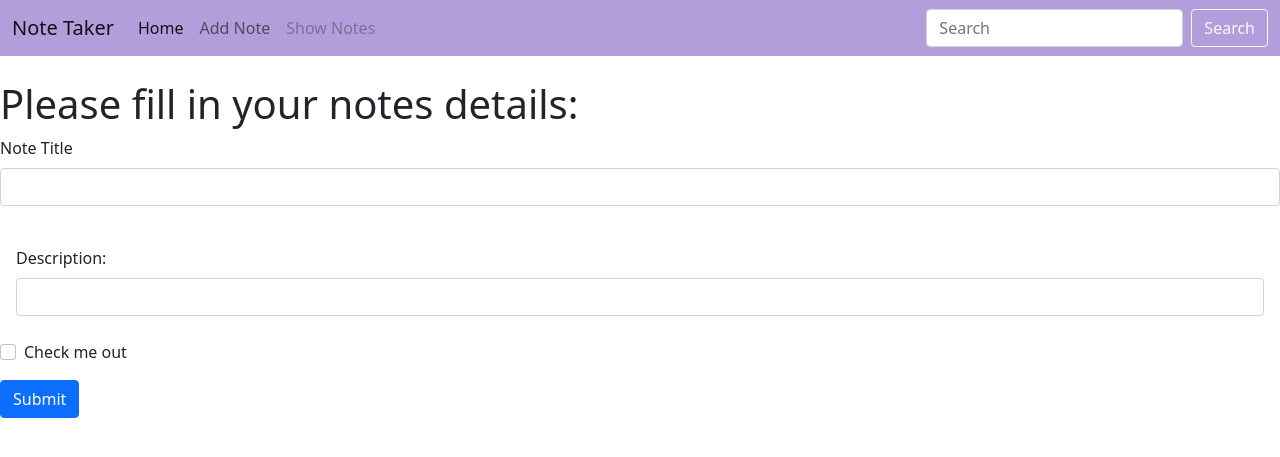
Repository: Tanmoy4672/Hibernate
Page: http://localhost/NoteTaker/add_notes.jsp
These files come from the project's save history. The page is drawn as it stood at one moment and after the next save; the edit follows.
The browser window is 1280 px wide. The pictures show the whole page.
The page is served by Tomcat 9.

Above is the page before, as saved 2021-12-16 06:14:19.

After the next save:
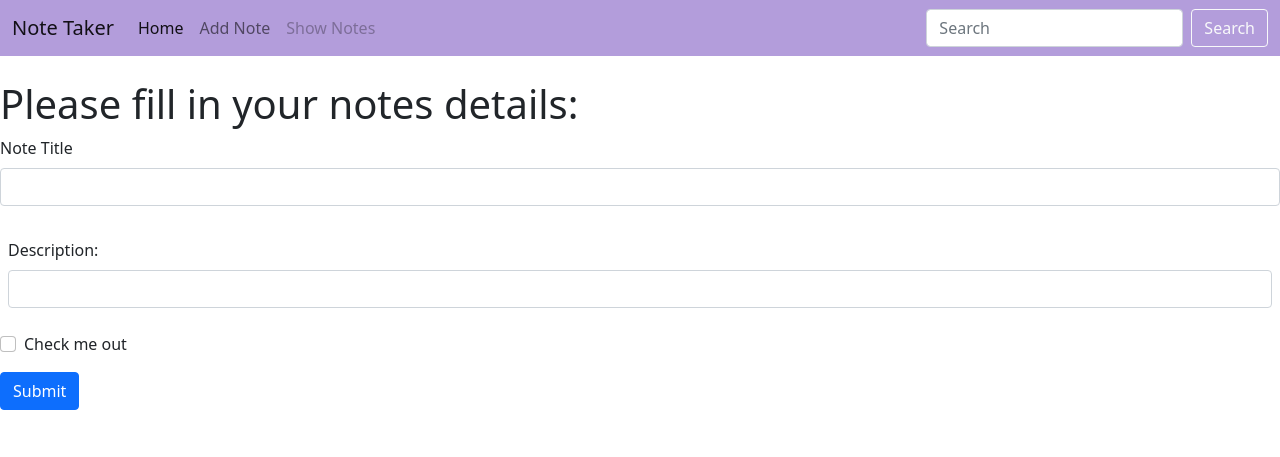
Saved 22 s later.
--- a/NoteTaker/src/main/webapp/add_notes.jsp
+++ b/NoteTaker/src/main/webapp/add_notes.jsp
@@ -23,7 +23,7 @@
 				id="exampleInputEmail1" aria-describedby="emailHelp">
 			<br>
 		</div>
-		<div class="mb-3 p-2 m-2">
+		<div class="mb-3 p-2">
 			<label for="exampleInputPassword1" class="form-label">Description:</label>
 			<input type="text" class="form-control"
 				id="exampleInputPassword1">
